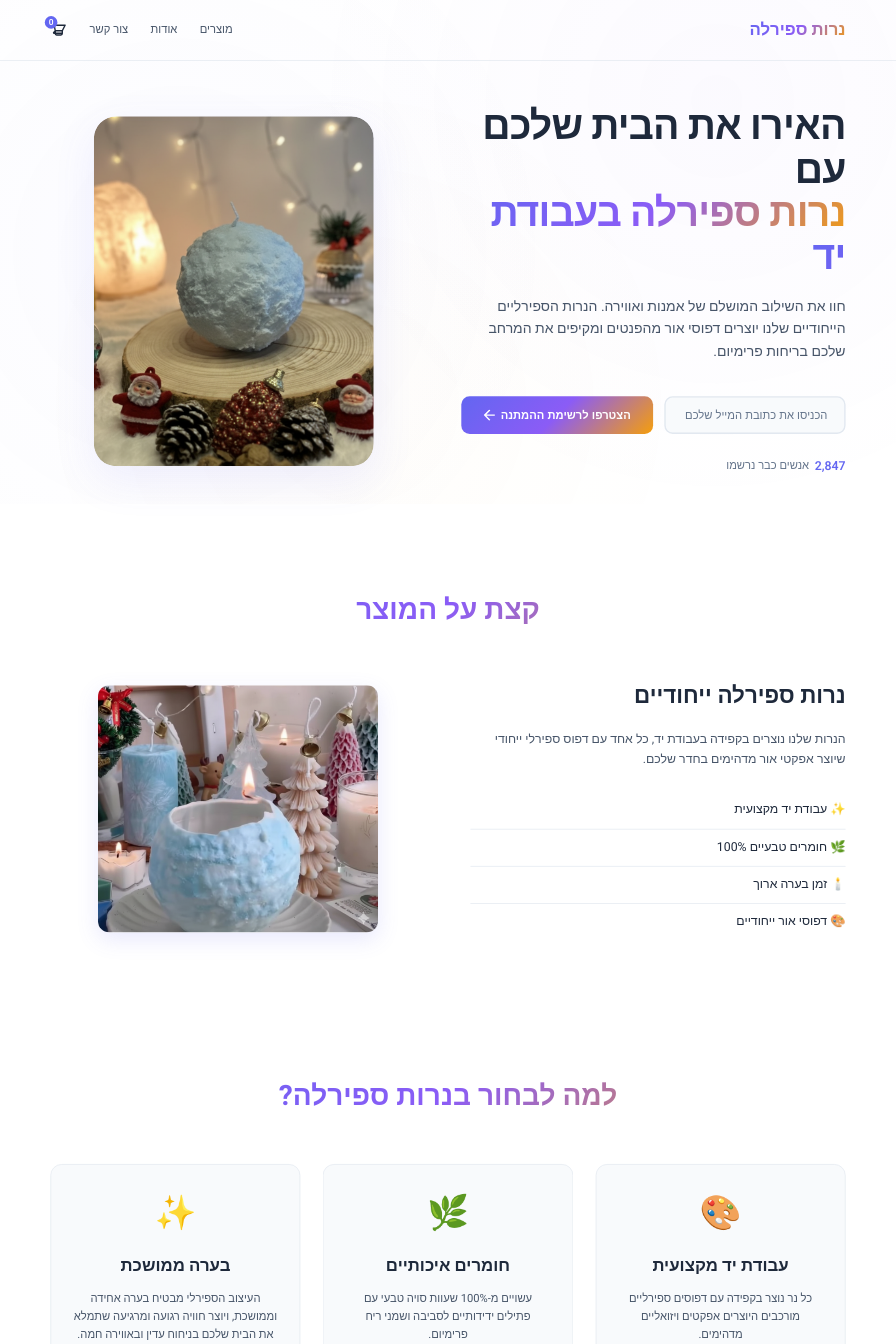
Repository: AvitaRoi/spiralcandles
Page: index.html
The author's editor kept a copy of each file at every save. The page is drawn from the files as they stood at one save, then again after the next save.
The browser window is 1280 px wide. The pictures show the part of the page from y = 0 to 1920 px (the page is 3061 px tall), at 70% of full size.

Above is the page before, as saved 2025-09-21 22:35:36.

### index.html
<!DOCTYPE html>
<html lang="he" dir="rtl">
<head>
    <meta charset="UTF-8">
    <meta name="viewport" content="width=device-width, initial-scale=1.0">
    <title>נרות ספירלה - חנות הנרות המיוחדת</title>
    <link rel="stylesheet" href="styles.css">
    <link href="https://fonts.googleapis.com/css2?family=Heebo:wght@300;400;500;600;700&display=swap" rel="stylesheet">
</head>
<body>
    <div class="container">
        <!-- Header -->
        <header class="header">
            <div class="nav-container">
                <div class="logo">
                    <span class="logo-text">נרות ספירלה</span>
                </div>
                <nav class="main-nav">
                    <a href="#products">מוצרים</a>
                    <a href="#about">אודות</a>
                    <a href="#contact">צור קשר</a>
                    <div class="cart-icon">
                        <svg width="24" height="24" viewBox="0 0 24 24" fill="none">
                            <path d="M3 3H5L5.4 5M7 13H17L21 5H5.4M7 13L5.4 5M7 13L4.7 15.3C4.3 15.7 4.6 16.5 5.1 16.5H17M17 13V17C17 18.1 16.1 19 15 19H9C7.9 19 7 18.1 7 17V13H17Z" stroke="currentColor" stroke-width="2" stroke-linecap="round" stroke-linejoin="round"/>
                        </svg>
                        <span class="cart-count">0</span>
                    </div>
                </nav>
            </div>
        </header>

        <!-- Hero Section -->
        <main class="hero">
            <div class="hero-content">

                <h1 class="hero-title">
                    האירו את הבית שלכם עם <br>
                    <span class="gradient-text">נרות ספירלה בעבודת יד</span>
                </h1>
                <p class="hero-description">
                    חוו את השילוב המושלם של אמנות ואווירה. הנרות הספירליים הייחודיים שלנו
                    יוצרים דפוסי אור מהפנטים ומקיפים את המרחב שלכם בריחות פרימיום.
                </p>

                <!-- Waitlist Form -->
                <div class="waitlist-form">
                    <form id="waitlist-signup" class="form">
                        <div class="input-group">
                            <input
                                type="email"
                                id="email"
                                placeholder="הכניסו את כתובת המייל שלכם"
                                required
                                class="email-input"
                            >
                            <button type="submit" class="submit-btn">
                                הצטרפו לרשימת ההמתנה
                                <svg class="arrow-icon" width="16" height="16" viewBox="0 0 16 16" fill="none">
                                    <path d="M8 0L9.41 1.41L3.83 7H16V9H3.83L9.41 14.59L8 16L0 8L8 0Z" fill="currentColor"/>
                                </svg>
                            </button>
                        </div>
                    </form>

                    <div class="success-message" id="success-message">
                        <svg class="check-icon" width="20" height="20" viewBox="0 0 20 20" fill="none">
                            <circle cx="10" cy="10" r="10" fill="#10B981"/>
                            <path d="M6 10L8.5 12.5L14 7" stroke="white" stroke-width="2" stroke-linecap="round" stroke-linejoin="round"/>
                        </svg>
                        <span>תודה! נוסף לרשימה. נעדכן אתכם כשנשיק.</span>
                    </div>
                </div>

                <!-- Social Proof -->
                <div class="social-proof">
                    <span class="counter">2,847</span>
                    <span class="counter-text">אנשים כבר נרשמו</span>
                </div>
            </div>

            <!-- Hero Visual -->
            <div class="hero-visual">
                <div class="product-image-container">
                    <img src="./public/spiral-candle-1-refine.png"
                         alt="נר ספירלה בעבודת יד"
                         class="main-product-image">
                </div>
            </div>
        </main>

        <!-- Preview Section -->
        <section class="preview-section" id="preview">
            <h2 class="section-title">קצת על המוצר</h2>
            <div class="preview-content">
                <div class="preview-text">
                    <h3>נרות ספירלה ייחודיים</h3>
                    <p>הנרות שלנו נוצרים בקפידה בעבודת יד, כל אחד עם דפוס ספירלי ייחודי שיוצר אפקטי אור מדהימים בחדר שלכם.</p>
                    <ul class="feature-list">
                        <li>✨ עבודת יד מקצועית</li>
                        <li>🌿 חומרים טבעיים 100%</li>
                        <li>🕯️ זמן בערה ארוך</li>
                        <li>🎨 דפוסי אור ייחודיים</li>
                    </ul>
                </div>
                <div class="preview-image">
                    <img src="./public/spiral-candle-3-refine.png"
                         alt="פרטי נר ספירלה"
                         class="detail-image">
                </div>
            </div>
        </section>

        <!-- Features Section -->
        <section class="features" id="about">
            <h2 class="features-title">למה לבחור בנרות ספירלה?</h2>
            <div class="features-grid">
                <div class="feature-card">
                    <div class="feature-icon">🎨</div>
                    <h3>עבודת יד מקצועית</h3>
                    <p>כל נר נוצר בקפידה עם דפוסים ספירליים מורכבים היוצרים אפקטים ויזואליים מדהימים.</p>
                </div>
                <div class="feature-card">
                    <div class="feature-icon">🌿</div>
                    <h3>חומרים איכותיים</h3>
                    <p>עשויים מ-100% שעוות סויה טבעי עם פתילים ידידותיים לסביבה ושמני ריח פרימיום.</p>
                </div>
                <div class="feature-card">
                    <div class="feature-icon">✨</div>
                    <h3>בערה ממושכת</h3>
                    <p>העיצוב הספירלי מבטיח בערה אחידה וממושכת, ויוצר חוויה רגועה ומרגיעה שתמלא את הבית שלכם בניחוח עדין ובאווירה חמה.</p>
                </div>
            </div>
        </section>

        <!-- Early Access -->
        <section class="early-access">
            <div class="early-access-content">
                <h2 class="section-title">גישה מוקדמת</h2>
                <p class="early-access-description">
                    הירשמו לרשימת ההמתנה וקבלו גישה מוקדמת למוצרים שלנו,
                    הנחות מיוחדות ועדכונים על השקות חדשות.
                </p>
                <div class="benefits-list">
                    <div class="benefit-item">
                        <span class="benefit-icon">🎁</span>
                        <span>הנחה של 25% על הרכישה הראשונה</span>
                    </div>
                    <div class="benefit-item">
                        <span class="benefit-icon">⚡</span>
                        <span>גישה מוקדמת למוצרים חדשים</span>
                    </div>
                    <div class="benefit-item">
                        <span class="benefit-icon">📦</span>
                        <span>משלוח חינם על ההזמנה הראשונה</span>
                    </div>
                </div>
            </div>
        </section>

        <!-- Footer -->
        <footer class="footer" id="contact">
            <div class="footer-content">
                <div class="footer-section">
                    <h4>צור קשר</h4>
                    <p>📞 03-1234567</p>
                    <p>📧 info@spiralcandles.co.il</p>
                    <p>📍 תל אביב, ישראל</p>
                </div>
                <div class="footer-section">
                    <h4>שירות לקוחות</h4>
                    <a href="#">משלוחים והחזרות</a>
                    <a href="#">תנאי שימוש</a>
                    <a href="#">מדיניות פרטיות</a>
                </div>
                <div class="footer-section">
                    <h4>עקבו אחרינו</h4>
                    <div class="social-links">
                        <a href="#">פייסבוק</a>
                        <a href="#">אינסטגרם</a>
                        <a href="#">וואטסאפ</a>
                    </div>
                </div>
            </div>
            <div class="footer-bottom">
                <p>&copy; 2024 נרות ספירלה. כל הזכויות שמורות.</p>
            </div>
        </footer>
    </div>

    <script src="script.js"></script>
</body>
</html>

### styles.css
/* Reset and Base Styles */
* {
    margin: 0;
    padding: 0;
    box-sizing: border-box;
}

:root {
    --primary-color: #6366f1;
    --primary-dark: #4f46e5;
    --secondary-color: #f59e0b;
    --background: #ffffff;
    --surface: #f8fafc;
    --text-primary: #1e293b;
    --text-secondary: #475569;
    --text-muted: #64748b;
    --border-color: #e2e8f0;
    --success-color: #10b981;
    --gradient: linear-gradient(135deg, #6366f1 0%, #8b5cf6 50%, #f59e0b 100%);
    --glow: 0 0 30px rgba(99, 102, 241, 0.3);
}

body {
    font-family: 'Heebo', -apple-system, BlinkMacSystemFont, 'Segoe UI', sans-serif;
    background: var(--background);
    color: var(--text-primary);
    line-height: 1.6;
    overflow-x: hidden;
    direction: rtl;
}

.container {
    min-height: 100vh;
    position: relative;
}

/* Background Effects */
body::before {
    content: '';
    position: fixed;
    top: 0;
    left: 0;
    width: 100%;
    height: 100%;
    background:
        radial-gradient(circle at 20% 50%, rgba(99, 102, 241, 0.03) 0%, transparent 50%),
        radial-gradient(circle at 80% 20%, rgba(139, 92, 246, 0.03) 0%, transparent 50%),
        radial-gradient(circle at 40% 80%, rgba(245, 158, 11, 0.02) 0%, transparent 50%);
    pointer-events: none;
    z-index: -1;
}

/* Header */
.header {
    padding: 1.5rem 0;
    border-bottom: 1px solid var(--border-color);
}

.nav-container {
    max-width: 1200px;
    margin: 0 auto;
    padding: 0 2rem;
    display: flex;
    justify-content: space-between;
    align-items: center;
}

.logo-text {
    font-size: 1.5rem;
    font-weight: 700;
    background: var(--gradient);
    -webkit-background-clip: text;
    background-clip: text;
    -webkit-text-fill-color: transparent;
    color: transparent;
}

.main-nav {
    display: flex;
    align-items: center;
    gap: 2rem;
}

.main-nav a {
    color: var(--text-secondary);
    text-decoration: none;
    font-weight: 500;
    transition: color 0.3s ease;
}

.main-nav a:hover {
    color: var(--primary-color);
}

.cart-icon {
    position: relative;
    display: flex;
    align-items: center;
    color: var(--text-primary);
    cursor: pointer;
    transition: color 0.3s ease;
}

.cart-icon:hover {
    color: var(--primary-color);
}

.cart-count {
    position: absolute;
    top: -8px;
    left: -8px;
    background: var(--primary-color);
    color: white;
    border-radius: 50%;
    width: 18px;
    height: 18px;
    font-size: 0.75rem;
    display: flex;
    align-items: center;
    justify-content: center;
    font-weight: 600;
}

/* Hero Section */
.hero {
    display: grid;
    grid-template-columns: 1fr 1fr;
    gap: 4rem;
    max-width: 1200px;
    margin: 0 auto;
    padding: 4rem 2rem;
    align-items: center;
    min-height: 70vh;
}

.hero-content {
    max-width: 600px;
}

.hero-badge {
    display: inline-block;
    padding: 0.5rem 1rem;
    background: rgba(99, 102, 241, 0.1);
    border: 1px solid rgba(99, 102, 241, 0.2);
    border-radius: 2rem;
    font-size: 0.875rem;
    font-weight: 500;
    color: var(--primary-color);
    margin-bottom: 2rem;
    animation: glow-pulse 2s ease-in-out infinite alternate;
}

@keyframes glow-pulse {
    from { box-shadow: 0 0 10px rgba(99, 102, 241, 0.1); }
    to { box-shadow: 0 0 20px rgba(99, 102, 241, 0.2); }
}

.hero-title {
    font-size: 3.5rem;
    font-weight: 700;
    line-height: 1.1;
    margin-bottom: 1.5rem;
    letter-spacing: -0.02em;
}

.gradient-text {
    background: var(--gradient);
    -webkit-background-clip: text;
    background-clip: text;
    -webkit-text-fill-color: transparent;
    color: transparent;
}

.hero-description {
    font-size: 1.25rem;
    color: var(--text-secondary);
    margin-bottom: 3rem;
    line-height: 1.6;
}

/* Waitlist Form */
.waitlist-form {
    margin-bottom: 2rem;
}

.form {
    position: relative;
}

.input-group {
    display: flex;
    gap: 1rem;
    margin-bottom: 1rem;
}

.email-input {
    flex: 1;
    padding: 1rem 1.5rem;
    background: var(--surface);
    border: 2px solid var(--border-color);
    border-radius: 0.75rem;
    color: var(--text-primary);
    font-size: 1rem;
    transition: all 0.3s ease;
}

.email-input:focus {
    outline: none;
    border-color: var(--primary-color);
    box-shadow: var(--glow);
}

.email-input::placeholder {
    color: var(--text-muted);
}

.submit-btn {
    padding: 1rem 2rem;
    background: var(--gradient);
    border: none;
    border-radius: 0.75rem;
    color: white;
    font-weight: 600;
    font-size: 1rem;
    cursor: pointer;
    display: flex;
    align-items: center;
    gap: 0.5rem;
    transition: all 0.3s ease;
    white-space: nowrap;
}

.submit-btn:hover {
    transform: translateY(-2px);
    box-shadow: 0 10px 25px rgba(99, 102, 241, 0.3);
}

.submit-btn:active {
    transform: translateY(0);
}

.arrow-icon {
    transition: transform 0.3s ease;
}

.submit-btn:hover .arrow-icon {
    transform: translateX(-4px);
}

.success-message {
    display: none;
    align-items: center;
    gap: 0.75rem;
    padding: 1rem 1.5rem;
    background: rgba(16, 185, 129, 0.1);
    border: 1px solid rgba(16, 185, 129, 0.3);
    border-radius: 0.75rem;
    color: var(--success-color);
    font-weight: 500;
    animation: slide-in 0.5s ease;
}

.success-message.show {
    display: flex;
}

@keyframes slide-in {
    from {
        opacity: 0;
        transform: translateY(10px);
    }
    to {
        opacity: 1;
        transform: translateY(0);
    }
}

/* Social Proof */
.social-proof {
    display: flex;
    align-items: center;
    gap: 0.5rem;
    color: var(--text-muted);
}

.counter {
    font-weight: 600;
    color: var(--primary-color);
    font-size: 1.1rem;
}

/* Hero Visual */
.hero-visual {
    display: flex;
    justify-content: center;
    align-items: center;
    position: relative;
}

.product-image-container {
    position: relative;
    width: 400px;
    height: 500px;
    display: flex;
    justify-content: center;
    align-items: center;
    background: linear-gradient(135deg, rgba(99, 102, 241, 0.05) 0%, rgba(139, 92, 246, 0.05) 100%);
    border-radius: 2rem;
    overflow: hidden;
    box-shadow: 0 20px 60px rgba(99, 102, 241, 0.1);
}

.main-product-image {
    width: 100%;
    height: 100%;
    object-fit: cover;
    border-radius: 2rem;
    transition: transform 0.3s ease;
}

.main-product-image:hover {
    transform: scale(1.05);
}

/* Preview Section */
.preview-section {
    padding: 6rem 2rem;
    max-width: 1200px;
    margin: 0 auto;
}

.section-title {
    font-size: 2.5rem;
    font-weight: 700;
    margin-bottom: 4rem;
    background: var(--gradient);
    -webkit-background-clip: text;
    background-clip: text;
    -webkit-text-fill-color: transparent;
    color: transparent;
    text-align: center;
}

.preview-content {
    display: grid;
    grid-template-columns: 1fr 1fr;
    gap: 4rem;
    align-items: center;
}

.preview-text h3 {
    font-size: 2rem;
    font-weight: 600;
    margin-bottom: 1.5rem;
    color: var(--text-primary);
}

.preview-text p {
    font-size: 1.1rem;
    color: var(--text-secondary);
    line-height: 1.6;
    margin-bottom: 2rem;
}

.feature-list {
    list-style: none;
    padding: 0;
}

.feature-list li {
    padding: 0.75rem 0;
    font-size: 1.1rem;
    color: var(--text-primary);
    border-bottom: 1px solid var(--border-color);
}

.feature-list li:last-child {
    border-bottom: none;
}

.preview-image {
    display: flex;
    justify-content: center;
    align-items: center;
}

.detail-image {
    width: 100%;
    max-width: 400px;
    height: auto;
    border-radius: 1rem;
    box-shadow: 0 10px 30px rgba(99, 102, 241, 0.15);
    transition: transform 0.3s ease;
}

.detail-image:hover {
    transform: scale(1.02);
}

/* Features Section */
.features {
    padding: 6rem 2rem;
    max-width: 1200px;
    margin: 0 auto;
    text-align: center;
}

.features-title {
    font-size: 2.5rem;
    font-weight: 700;
    margin-bottom: 4rem;
    background: var(--gradient);
    -webkit-background-clip: text;
    background-clip: text;
    -webkit-text-fill-color: transparent;
    color: transparent;
}

.features-grid {
    display: grid;
    grid-template-columns: repeat(auto-fit, minmax(300px, 1fr));
    gap: 2rem;
}

.feature-card {
    padding: 2rem;
    background: var(--surface);
    border: 1px solid var(--border-color);
    border-radius: 1rem;
    transition: all 0.3s ease;
}

.feature-card:hover {
    transform: translateY(-5px);
    border-color: var(--primary-color);
    box-shadow: 0 10px 30px rgba(99, 102, 241, 0.1);
}

.feature-icon {
    font-size: 3rem;
    margin-bottom: 1rem;
}

.feature-card h3 {
    font-size: 1.5rem;
    font-weight: 600;
    margin-bottom: 1rem;
    color: var(--text-primary);
}

.feature-card p {
    color: var(--text-secondary);
    line-height: 1.6;
}

/* Early Access Section */
.early-access {
    padding: 6rem 2rem;
    max-width: 1200px;
    margin: 0 auto;
    text-align: center;
    background: rgba(99, 102, 241, 0.03);
    border-radius: 2rem;
}

.early-access-content {
    max-width: 800px;
    margin: 0 auto;
}

.early-access-description {
    font-size: 1.2rem;
    color: var(--text-secondary);
    line-height: 1.6;
    margin-bottom: 3rem;
}

.benefits-list {
    display: grid;
    grid-template-columns: repeat(auto-fit, minmax(250px, 1fr));
    gap: 2rem;
    margin-top: 3rem;
}

.benefit-item {
    display: flex;
    align-items: center;
    gap: 1rem;
    padding: 1.5rem;
    background: var(--surface);
    border: 1px solid var(--border-color);
    border-radius: 1rem;
    transition: all 0.3s ease;
}

.benefit-item:hover {
    transform: translateY(-3px);
    border-color: var(--primary-color);
    box-shadow: 0 8px 25px rgba(99, 102, 241, 0.1);
}

.benefit-icon {
    font-size: 2rem;
}

.benefit-item span:last-child {
    font-weight: 500;
    color: var(--text-primary);
}

/* Footer */
.footer {
    padding: 4rem 2rem 2rem;
    border-top: 1px solid var(--border-color);
    color: var(--text-muted);
}

.footer-content {
    max-width: 1200px;
    margin: 0 auto;
    display: grid;
    grid-template-columns: repeat(auto-fit, minmax(250px, 1fr));
    gap: 3rem;
    text-align: right;
}

.footer-section h4 {
    color: var(--text-primary);
    font-weight: 600;
    margin-bottom: 1rem;
    font-size: 1.1rem;
}

.footer-section p {
    margin-bottom: 0.5rem;
    line-height: 1.6;
}

.footer-section a {
    display: block;
    color: var(--text-muted);
    text-decoration: none;
    margin-bottom: 0.5rem;
    transition: color 0.3s ease;
}

.footer-section a:hover {
    color: var(--primary-color);
}

.social-links {
    display: flex;
    gap: 1rem;
    justify-content: flex-end;
}

.social-links a {
    display: inline-block;
    padding: 0.5rem 1rem;
    background: var(--surface);
    border: 1px solid var(--border-color);
    border-radius: 0.5rem;
    transition: all 0.3s ease;
}

.social-links a:hover {
    border-color: var(--primary-color);
    color: var(--primary-color);
    transform: translateY(-2px);
}

.footer-bottom {
    margin-top: 3rem;
    padding-top: 2rem;
    border-top: 1px solid var(--border-color);
    text-align: center;
}

/* Responsive Design */
@media (max-width: 768px) {
    .nav-container {
        padding: 0 1rem;
        flex-direction: column;
        gap: 1rem;
    }

    .main-nav {
        gap: 1.5rem;
    }

    .hero {
        grid-template-columns: 1fr;
        gap: 2rem;
        text-align: center;
        padding: 2rem 1rem;
    }

    .hero-visual {
        order: -1;
    }

    .product-image-container {
        width: 300px;
        height: 400px;
    }

    .hero-title {
        font-size: 2.5rem;
    }

    .hero-description {
        font-size: 1.1rem;
    }

    .input-group {
        flex-direction: column;
    }

    .submit-btn {
        justify-content: center;
    }

    .social-proof {
        justify-content: center;
    }

    .preview-content {
        grid-template-columns: 1fr;
        gap: 2rem;
    }

    .section-title, .features-title {
        font-size: 2rem;
    }

    .features-grid, .benefits-list {
        grid-template-columns: 1fr;
    }

    .footer-content {
        grid-template-columns: 1fr;
        text-align: center;
        gap: 2rem;
    }

    .social-links {
        justify-content: center;
    }
}

@media (max-width: 480px) {
    .hero-title {
        font-size: 2rem;
    }

    .product-image-container {
        width: 250px;
        height: 350px;
    }

    .feature-card, .benefit-item {
        padding: 1.5rem;
    }

    .benefit-item {
        flex-direction: column;
        text-align: center;
    }
}

Loaded but not shown: script.js (249 lines, source omitted)

After the next save:
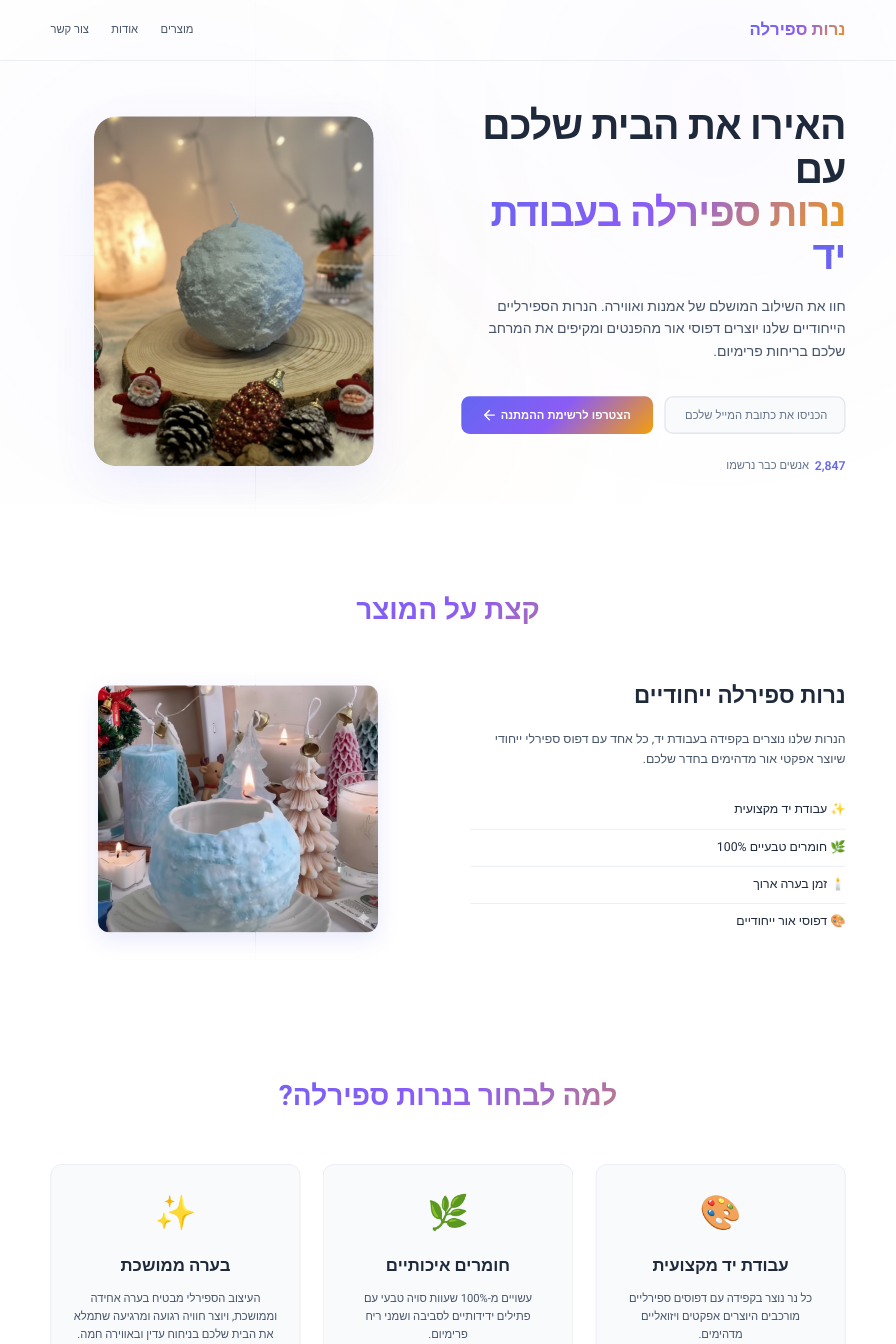
Saved 44 s later.
--- a/index.html
+++ b/index.html
@@ -19,12 +19,7 @@
                     <a href="#products">מוצרים</a>
                     <a href="#about">אודות</a>
                     <a href="#contact">צור קשר</a>
-                    <div class="cart-icon">
-                        <svg width="24" height="24" viewBox="0 0 24 24" fill="none">
-                            <path d="M3 3H5L5.4 5M7 13H17L21 5H5.4M7 13L5.4 5M7 13L4.7 15.3C4.3 15.7 4.6 16.5 5.1 16.5H17M17 13V17C17 18.1 16.1 19 15 19H9C7.9 19 7 18.1 7 17V13H17Z" stroke="currentColor" stroke-width="2" stroke-linecap="round" stroke-linejoin="round"/>
-                        </svg>
-                        <span class="cart-count">0</span>
-                    </div>
+
                 </nav>
             </div>
         </header>
